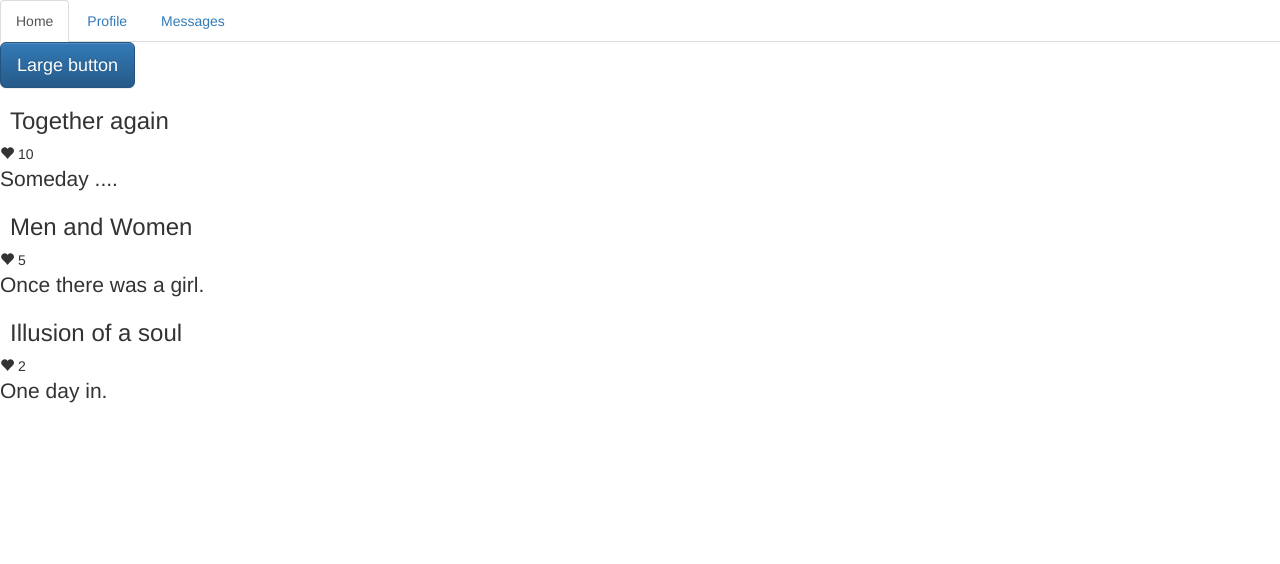
Repository: abdullahi796/MyStory
Page: index.html
The author's editor kept a record of every edit. The page is drawn from the files as they stood at one moment, then again after the next edit.
The browser window is 1280 px wide. The pictures show the whole page.
Some web libraries are served in a nearby version.

Above is the page before.

### index.html
<!DOCTYPE html>
<html ng-app='storyApp'>
  <head>
    <script src="//code.jquery.com/jquery-1.11.2.min.js"></script>
    <script src="//code.jquery.com/jquery-migrate-1.2.1.min.js"></script>
    <script src="//www.parsecdn.com/js/parse-1.4.2.min.js"></script>
    <script src="https://ajax.googleapis.com/ajax/libs/angularjs/1.3.15/angular.min.js"></script>
    <!-- Latest compiled and minified CSS -->
    <link rel="stylesheet" href="https://maxcdn.bootstrapcdn.com/bootstrap/3.3.4/css/bootstrap.min.css">

    <!-- Optional theme -->
    <link rel="stylesheet" href="https://maxcdn.bootstrapcdn.com/bootstrap/3.3.4/css/bootstrap-theme.min.css">

    <!-- Latest compiled and minified JavaScript -->
    <script src="https://maxcdn.bootstrapcdn.com/bootstrap/3.3.4/js/bootstrap.min.js"></script>
    <link rel="stylesheet" href="main.css" type="text/css" />
    <script type="text/javascript" src="app.js"></script>
  </head>
    <body>
        <ul class="nav nav-tabs">
          <li role="presentation" class="active"><a href="#">Home</a></li>
          <li role="presentation"><a href="#">Profile</a></li>
          <li role="presentation"><a href="#">Messages</a></li>
        </ul>
        <div id='wrapper' ng-controller='StoryController as storyCtrl'>
            <button type="button" class="btn btn-primary btn-lg">Large button</button>
            <div id='story' ng-repeat="story in storyCtrl.story | orderBy:'-like'">
              <div ng-controller="dataController as dataCtrl" ng-click='dataCtrl.inject(storyCtrl)'>
                <div id='text' ng-click='storyCtrl.setForm(story.num)'>
                <h3>{{story.title}}</h3>
                <span class="glyphicon glyphicon-heart" id='like' aria-hidden="true" ng-click='storyCtrl.addLike(story)'></span>
                <span id='likes'>{{story.like}}</span>
                <p class="lead" >{{story.text}} </p>
                </div>
              </div>
                <form name='storyForm' ng-controller='formController as formCtrl' ng-submit='formCtrl.addText(story)' ng-show='storyCtrl.showForm(story.num)'>
                  <div id='formWrapper'>
                  <textarea class="form-control" rows="3" ng-model='formCtrl.textAdd'></textarea>
                  <input type='submit' value='Submit'/>
                  </div>
                </form>
            </div>
        </div>
    </body>
</html>

### main.css
h3 {
    margin-left:10px;
}

em {
    margin-right:10px;
}

### app.js
(function() {
  var app = angular.module('storyApp', []);

  app.controller('StoryController',function(){
    this.story = [
        {
          title: 'Together again',
          text: 'Someday ....',
          num: 4,
          like: 10
        },

        {
          title: 'Illusion of a soul',
          text: 'One day in.',
          num: 2,
          like: 2
        },
        {
          title: 'Men and Women',
          text: 'Once there was a girl.',
          num: 3,
          like: 5
        }

      ]

      this.addLike= function(story){
        story.like +=1;
      }

        this.showForm = function(num){
            return this.showBol === num;
        };
        this.setForm = function(num){
            this.showBol = num;
        };
  });
  app.controller('formController',function(){
        this.textAdd = '';
        this.showBol = 0;

        this.addText = function(story){
          story.text += " " + this.textAdd;
          this.textAdd = " "
        };

  });
  app.controller('dataController',function($scope){
        this.inject = function(storyCtrl){
          Parse.initialize("j6hmZIae3pafDLIjDGpCntLonB075YYEr7s7dht0", "icc9F3VUzoYqwyZjp8FArXzMQZnO6IiCfDxhD1Iy");
          var StoryObj = Parse.Object.extend("StoryObj");
          var query = new Parse.Query(StoryObj);
          //storyCtrl.story.length = 5;
          query.greaterThan("likes", 0);
          query.find({
            success: function(results) {
              // Do something with the returned Parse.Object values
              for (var i = 0; i < results.length; i++) {
                var object = results[i];
                storyCtrl.story[i].title = object.get('title');
                storyCtrl.story[i].text = object.get('text');
                storyCtrl.story[i].num = object.get('num');
                storyCtrl.story[i].like = object.get('likes');
                console.log(storyCtrl.story);
                $scope.$apply()
              }
            },
            error: function(error) {
              alert("Error: " + error.code + " " + error.message);
            }
          });
          };
          this.updateParse = function(storyCtrl){
            alert('dsf');
            Parse.initialize("j6hmZIae3pafDLIjDGpCntLonB075YYEr7s7dht0", "icc9F3VUzoYqwyZjp8FArXzMQZnO6IiCfDxhD1Iy");
            var StoryObj = Parse.Object.extend("StoryObj");
            var query = new Parse.Query(StoryObj);
            //storyCtrl.story.length = 5;
            query.greaterThan("likes", 0);
            query.find({
              success: function(results) {
                // Do something with the returned Parse.Object values
                for (var i = 0; i < results.length; i++) {
                  var object = results[i];
                  object.set('title',storyCtrl.story[i].title);
                  object.set('text',storyCtrl.story[i].text);
                  object.set('num',storyCtrl.story[i].num);
                  object.set('likes',storyCtrl.story[i].like);
                  object.save();
                  $scope.$apply()
                }
              },
              error: function(error) {
                alert("Error: " + error.code + " " + error.message);
              }
            });
          };
  });
})();

After the next edit:
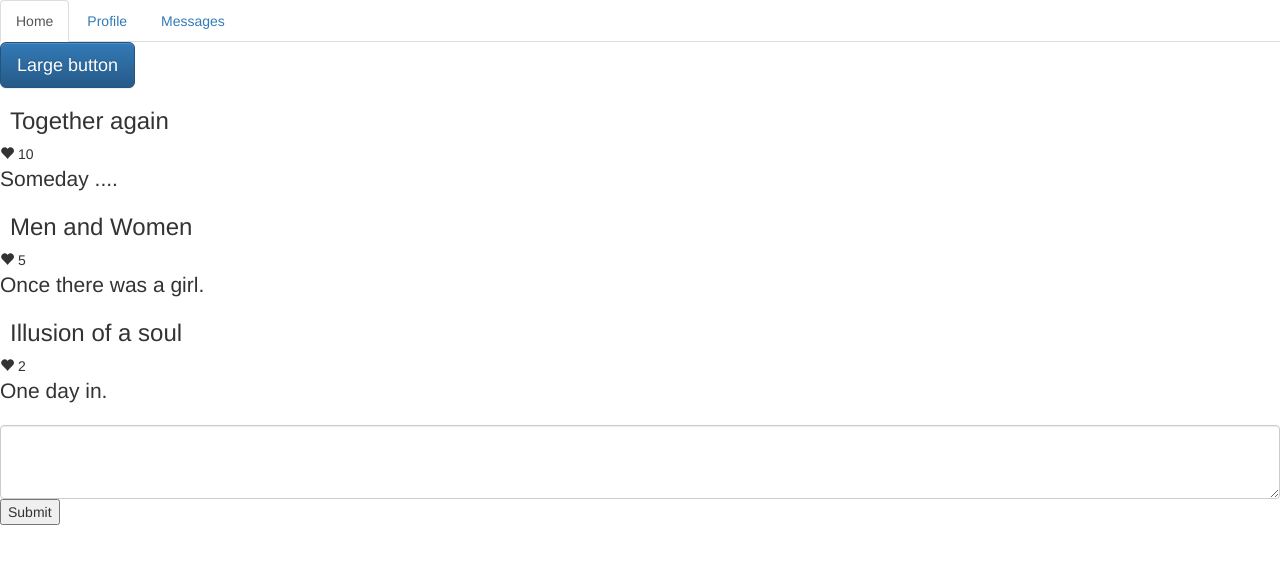
The edit:
--- a/index.html
+++ b/index.html
@@ -25,7 +25,6 @@
         <div id='wrapper' ng-controller='StoryController as storyCtrl'>
             <button type="button" class="btn btn-primary btn-lg">Large button</button>
             <div id='story' ng-repeat="story in storyCtrl.story | orderBy:'-like'">
-              <div ng-controller="dataController as dataCtrl" ng-click='dataCtrl.inject(storyCtrl)'>
                 <div id='text' ng-click='storyCtrl.setForm(story.num)'>
                 <h3>{{story.title}}</h3>
                 <span class="glyphicon glyphicon-heart" id='like' aria-hidden="true" ng-click='storyCtrl.addLike(story)'></span>

After the edit that followed:
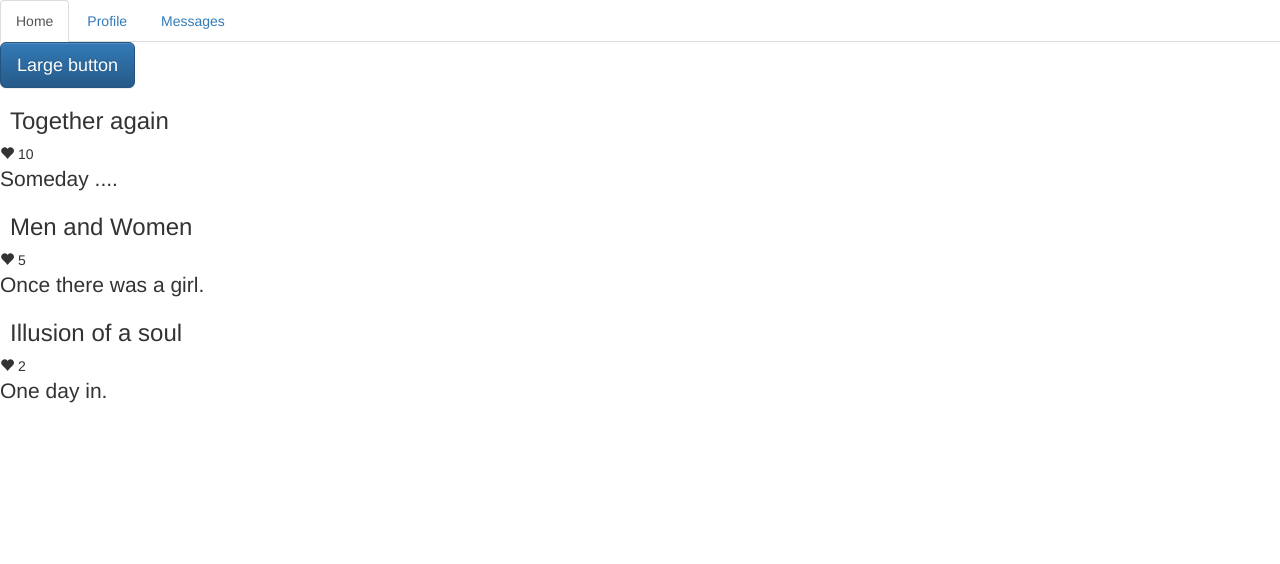
The edit:
--- a/index.html
+++ b/index.html
@@ -30,7 +30,6 @@
                 <span class="glyphicon glyphicon-heart" id='like' aria-hidden="true" ng-click='storyCtrl.addLike(story)'></span>
                 <span id='likes'>{{story.like}}</span>
                 <p class="lead" >{{story.text}} </p>
-                </div>
               </div>
                 <form name='storyForm' ng-controller='formController as formCtrl' ng-submit='formCtrl.addText(story)' ng-show='storyCtrl.showForm(story.num)'>
                   <div id='formWrapper'>
